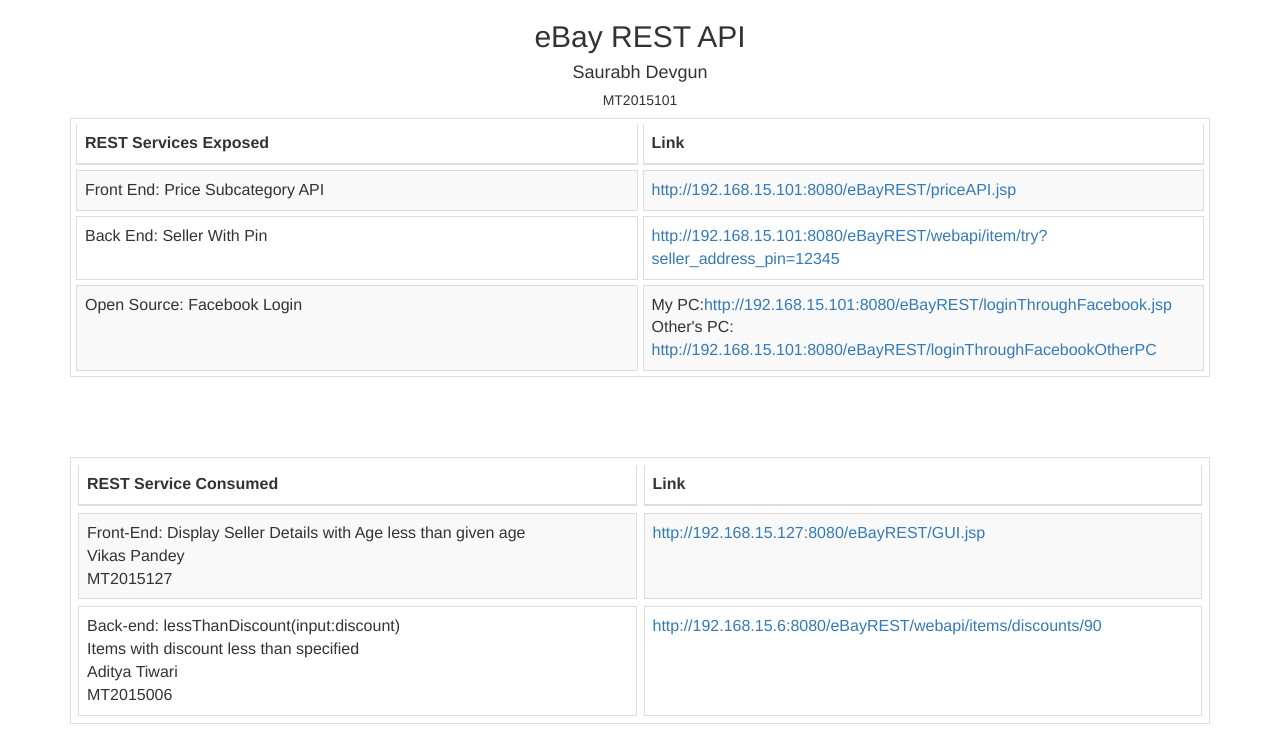
Repository: saurabh-devgun-iiitb/RESTProject
Page: http://localhost/eBayREST/
These files come from the project's save history. The page is drawn as it stood at one moment and after the next save; the edit follows.
The browser window is 1280 px wide. The pictures show the whole page.
The page is served by Tomcat 9.

Above is the page before, as saved 2016-07-23 11:52:03.

After the next save:
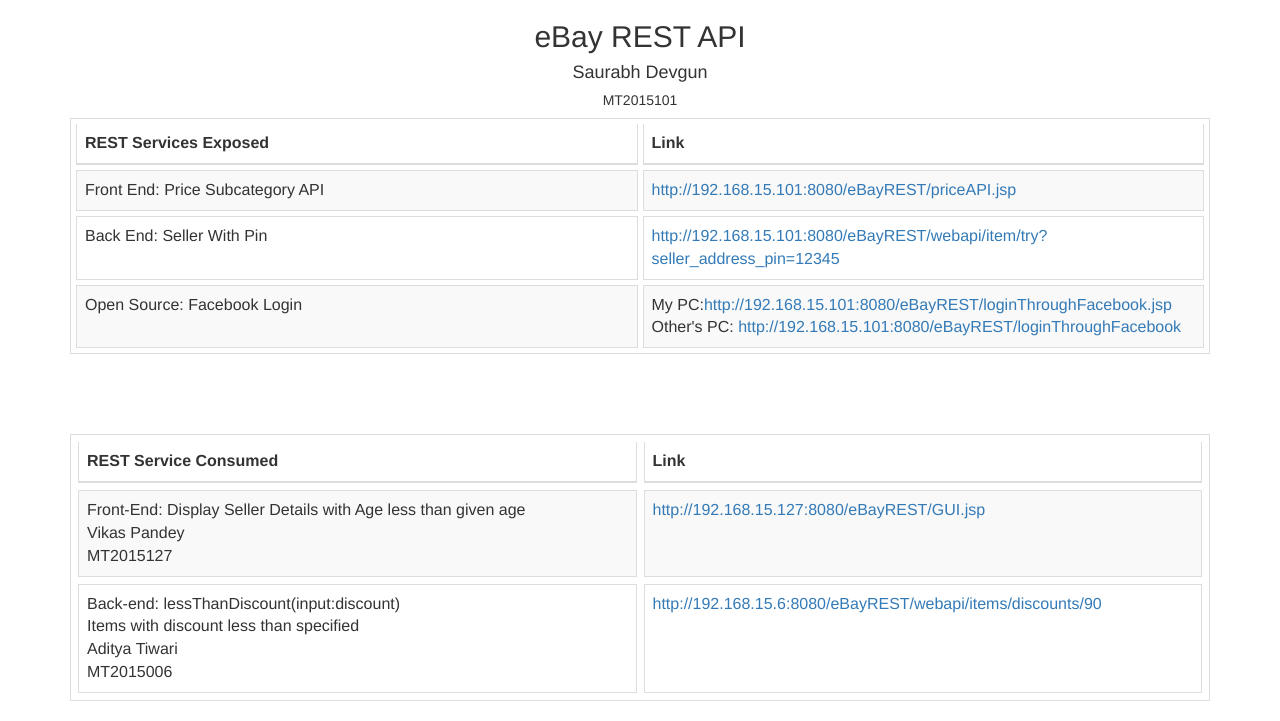
Saved 75 s later.
--- a/eBayREST/WebContent/index.jsp
+++ b/eBayREST/WebContent/index.jsp
@@ -39,7 +39,7 @@
         <tr>
           <td>Open Source: Facebook Login</td>
           <td>My PC:<a href="loginThroughFacebook.jsp">http://192.168.15.101:8080/eBayREST/loginThroughFacebook.jsp</a>
-				<br>Other's PC: <a href="loginThroughFacebookWithMoreControl.jsp">http://192.168.15.101:8080/eBayREST/loginThroughFacebookOtherPC</a>
+				<br>Other's PC: <a href="loginThroughFacebookWithMoreControl.jsp">http://192.168.15.101:8080/eBayREST/loginThroughFacebook</a>
           </td>
         </tr>
       </tbody>
